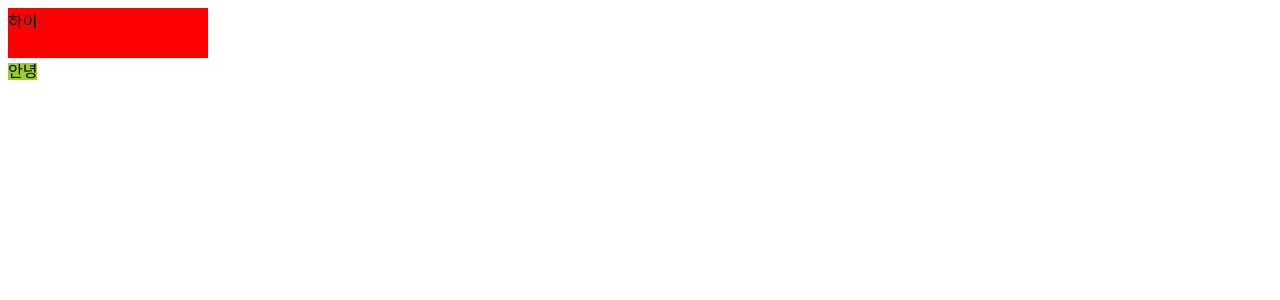
Repository: sangah-park98/jsp-class
Page: k20230503_1_html/src/main/webapp/01_div_span.html
An editor plug-in stored every save of this project. The page is shown before and after the next save, followed by the edit.
The browser window is 1280 px wide. The pictures show the whole page.

Above is the page before, as saved 2023-05-02 09:02:05.

After the next save:
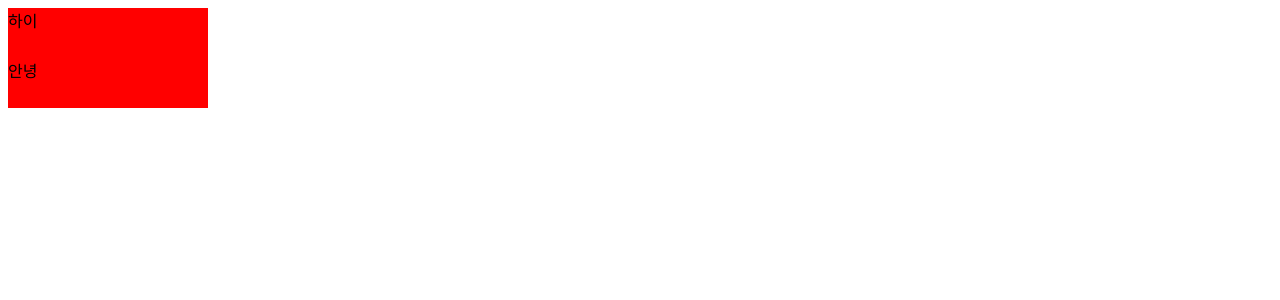
Saved 27 s later.
--- a/k20230503_1_html/src/main/webapp/01_div_span.html
+++ b/k20230503_1_html/src/main/webapp/01_div_span.html
@@ -48,9 +48,9 @@
 <div>
 	하이
 </div>
-<span>
+<div>
 	안녕
-</span>
+</div>
 
 </body>
 </html>

After the save that followed:
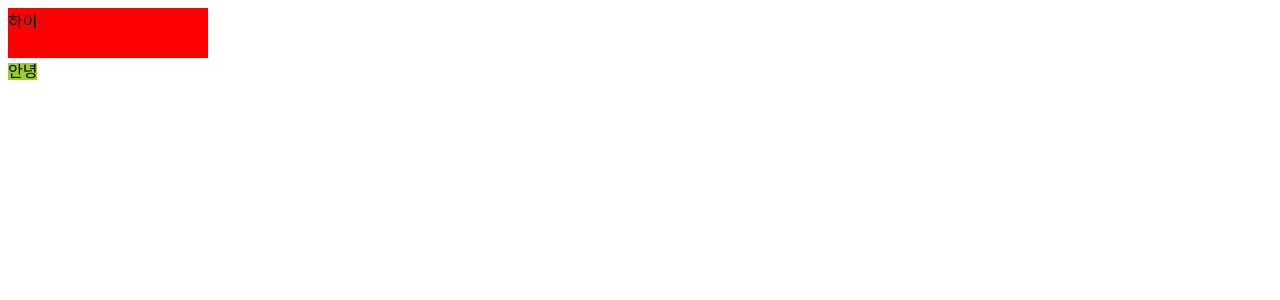
Saved 15 s later.
--- a/k20230503_1_html/src/main/webapp/01_div_span.html
+++ b/k20230503_1_html/src/main/webapp/01_div_span.html
@@ -48,9 +48,9 @@
 <div>
 	하이
 </div>
-<div>
+<span>
 	안녕
-</div>
+</span>
 
 </body>
 </html>
